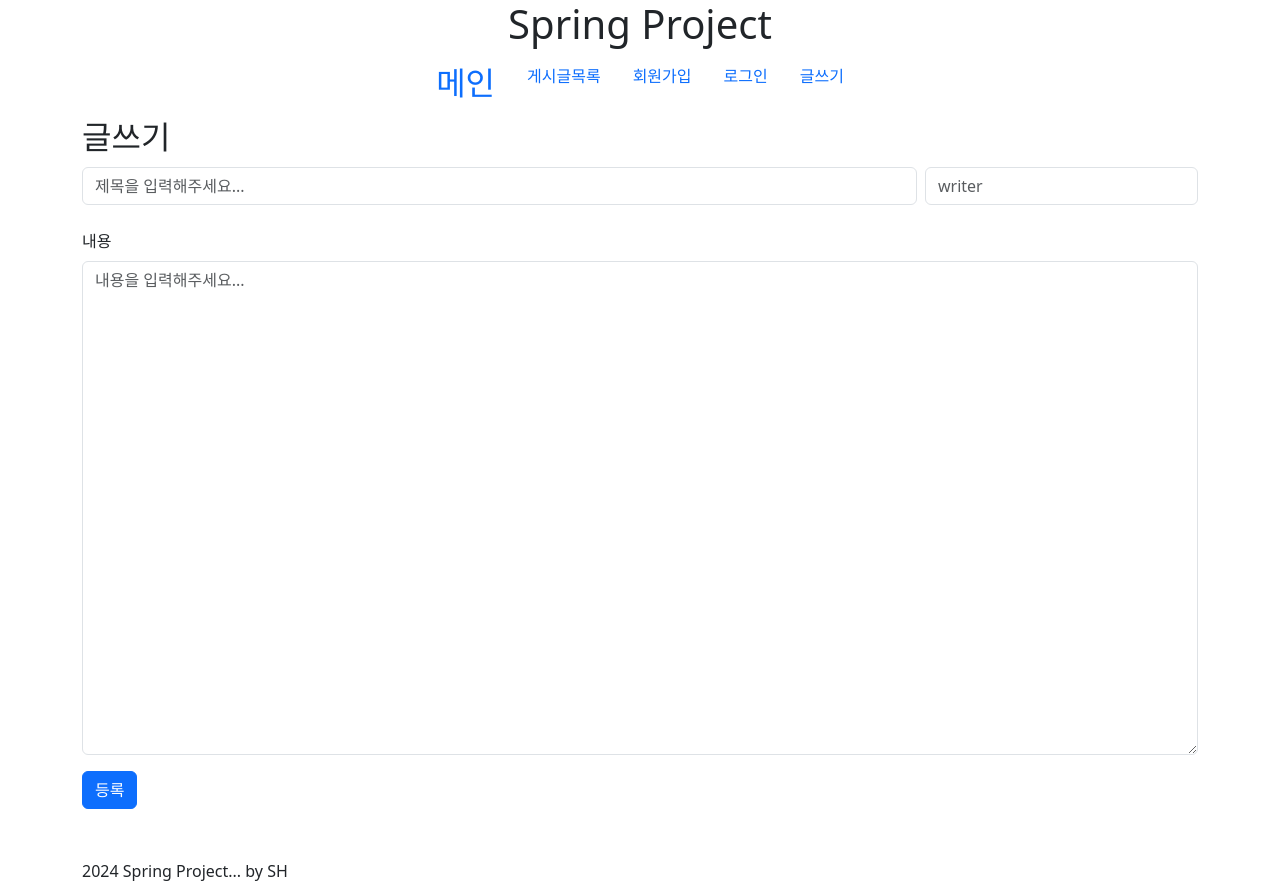
Repository: dtkd19/spring_personal_project
Page: http://localhost/myproject/WEB-INF/views/board/register.jsp
These files come from the project's save history. The page is drawn as it stood at one moment and after the next save; the edit follows.
The browser window is 1280 px wide. The pictures show the whole page.
The page is served by Tomcat 9. Nobody is signed in. Other server files are loaded and not shown. The template is opened directly, without the code that normally fills it, so the values that code supplies are empty.

Above is the page before, as saved 2024-11-07 02:08:54.

### myproject/src/main/webapp/WEB-INF/views/board/register.jsp
<%@ page language="java" contentType="text/html; charset=UTF-8"
	pageEncoding="UTF-8"%>
<%@ taglib uri="http://java.sun.com/jsp/jstl/core" prefix="c"%>

<jsp:include page="../layout/header.jsp" />

<div class="container-md">
	<h2 style="margin-bottom: 10px">글쓰기</h2>
	<form action="/board/register" method="post">
		<div class="row g-2">
		  <div class="col-sm-9">
		   <input type="text"class="form-control" id="t" name="title" placeholder="제목을 입력해주세요...">
		  </div>
		  <div class="col-sm">
		    <input type="text" class="form-control" id="w" name="writer" placeholder="writer">
		  </div>
		</div>
		<div class="mb-3">
		<br>
			<label for="c" class="form-label">내용</label>
			<textarea class="form-control" id="c" rows="20" cols="5" name="content" placeholder="내용을 입력해주세요..."></textarea>
		</div>
		<button type="submit" class="btn btn-primary" id="regBtn">등록</button>
	</form>

</div>

<jsp:include page="../layout/footer.jsp" />

### myproject/src/main/webapp/WEB-INF/views/layout/header.jsp
<%@ page language="java" contentType="text/html; charset=UTF-8"
    pageEncoding="UTF-8"%><%@ taglib uri="http://java.sun.com/jsp/jstl/core" prefix="c"%>
<!DOCTYPE html>
<html>
<head>
<meta charset="UTF-8">
<title>header.jsp</title>
<link href="https://cdn.jsdelivr.net/npm/bootstrap@5.3.3/dist/css/bootstrap.min.css" rel="stylesheet" integrity="sha384-QWTKZyjpPEjISv5WaRU9OFeRpok6YctnYmDr5pNlyT2bRjXh0JMhjY6hW+ALEwIH" crossorigin="anonymous">
<script src="https://cdn.jsdelivr.net/npm/bootstrap@5.3.3/dist/js/bootstrap.bundle.min.js" integrity="sha384-YvpcrYf0tY3lHB60NNkmXc5s9fDVZLESaAA55NDzOxhy9GkcIdslK1eN7N6jIeHz" crossorigin="anonymous"></script>
</head>
<body>
<div class="container-md">
<h1 style="text-align: center;">
	Spring Project
</h1>
<ul class="nav justify-content-center">
  <li class="nav-item">
    <h2><a class="nav-link active" aria-current="page" href="/">메인</a></h2>
  </li>
  <li class="nav-item">
    <a class="nav-link" href="/board/list">게시글목록</a>
  </li>
  <li class="nav-item">
    <a class="nav-link" href="#">회원가입</a>
  </li>
  <li class="nav-item">
    <a class="nav-link" href="#">로그인</a>
  </li>
  <li class="nav-item">
    <a class="nav-link" href="/board/register">글쓰기</a>
  </li>
</ul>




</div>
</body>
</html>

### myproject/src/main/webapp/WEB-INF/views/layout/footer.jsp
<%@ page language="java" contentType="text/html; charset=UTF-8"
    pageEncoding="UTF-8"%>
<%@ taglib uri="http://java.sun.com/jsp/jstl/core" prefix="c"%>

	<div class="container-md">
		<div style= "vertical-align: middle; margin-top: 50px" >
		2024 Spring Project... by SH
		</div>
	</div>
</body>
</html>

After the next save:
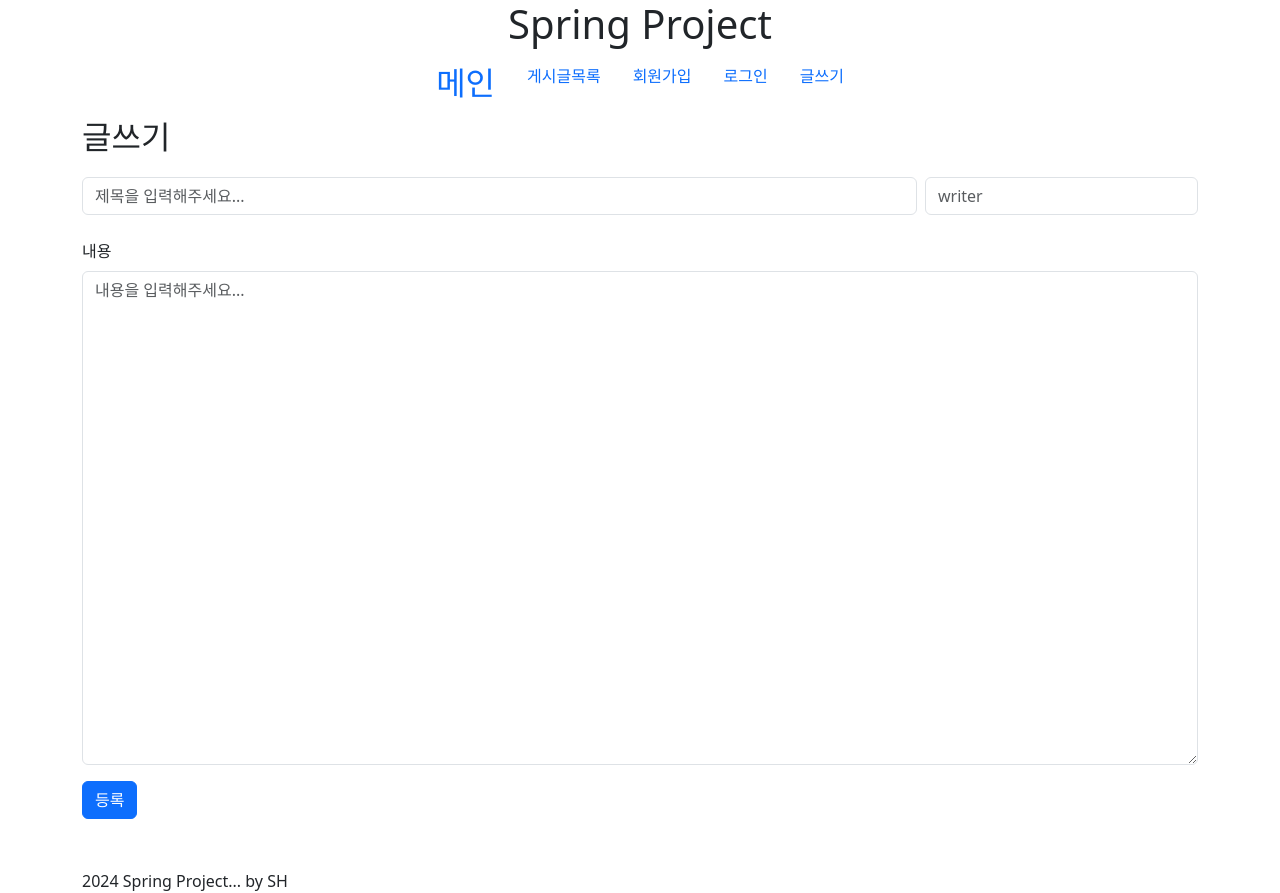
Saved 6 s later.
--- a/myproject/src/main/webapp/WEB-INF/views/board/register.jsp
+++ b/myproject/src/main/webapp/WEB-INF/views/board/register.jsp
@@ -5,7 +5,7 @@
 <jsp:include page="../layout/header.jsp" />
 
 <div class="container-md">
-	<h2 style="margin-bottom: 10px">글쓰기</h2>
+	<h2 style="margin-bottom: 20px">글쓰기</h2>
 	<form action="/board/register" method="post">
 		<div class="row g-2">
 		  <div class="col-sm-9">
